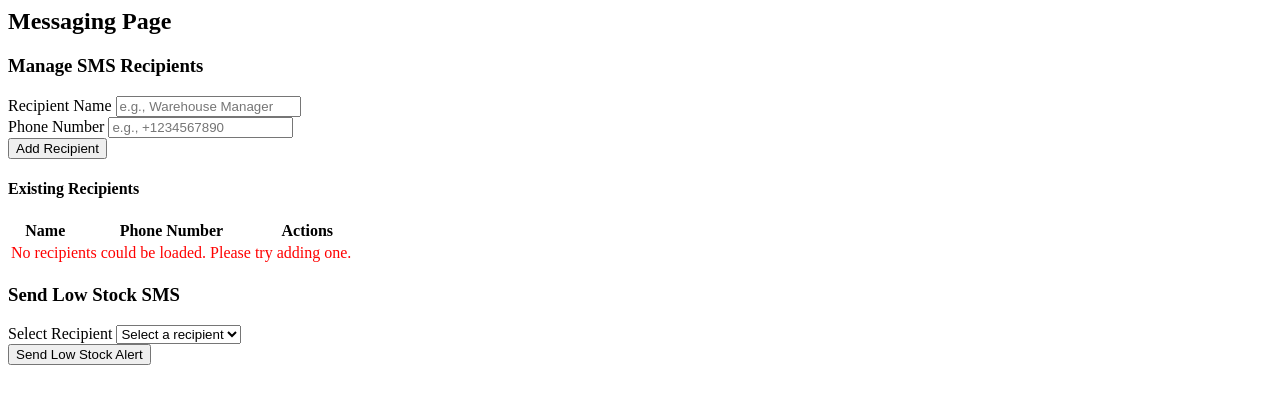
Repository: AdrianLeAsian/InventorySystem
Page: http://localhost/pages/messaging.php
These files come from the project's save history. The page is drawn as it stood at one moment and after the next save; the edit follows.
The browser window is 1280 px wide. The pictures show the whole page.
The page is run by PHP 8.4 with error messages shown; the project is at /var/www/html/.

Above is the page before, as saved 2025-07-16 12:00:33.

After the next save:
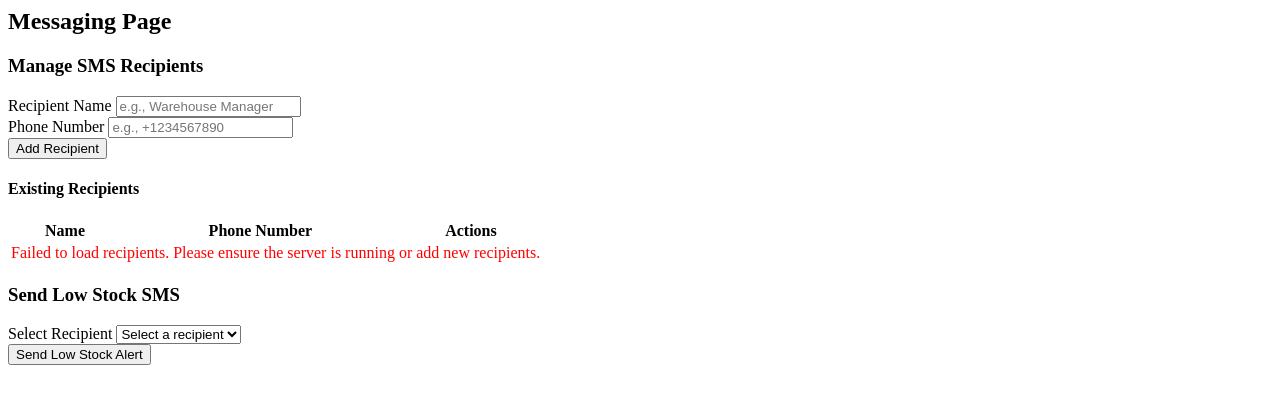
Saved 17 s later.
--- a/js/messaging.js
+++ b/js/messaging.js
@@ -134,7 +134,7 @@ document.addEventListener('DOMContentLoaded', function() {
             })
             .catch(error => {
                 console.error('Error loading recipients:', error);
-                recipientsTableBody.innerHTML = '<tr><td colspan="3" style="color: red;">No recipients could be loaded. Please try adding one.</td></tr>';
+                recipientsTableBody.innerHTML = '<tr><td colspan="3" style="color: red;">Failed to load recipients. Please ensure the server is running or add new recipients.</td></tr>';
             });
     }
 
